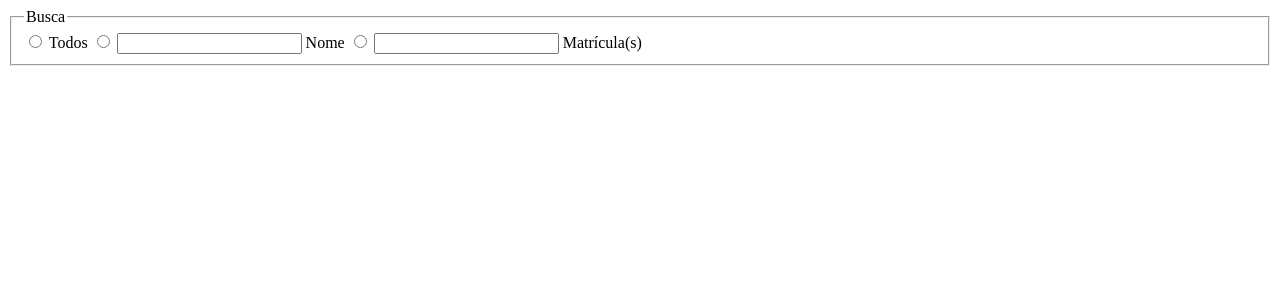
Repository: vandradesa/JavaWeb
Page: javaweb curso/Web2/src/main/webapp/index.html
The author's editor kept a copy of each file at every save. The page is drawn from the files as they stood at one save, then again after the next save.
The browser window is 1280 px wide. The pictures show the whole page.

Above is the page before, as saved 2023-03-01 22:44:41.

After the next save:
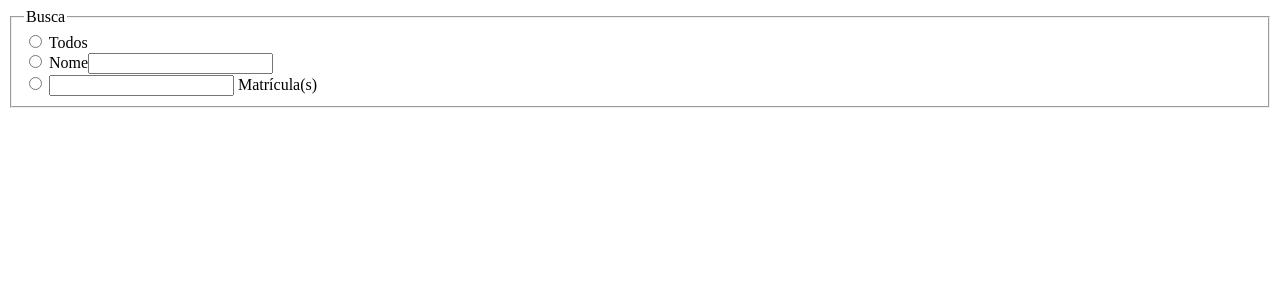
Saved 2 min 13 s later.
--- a/javaweb curso/Web2/src/main/webapp/index.html
+++ b/javaweb curso/Web2/src/main/webapp/index.html
@@ -9,12 +9,19 @@
 
 		<fieldset>
 		<legend>Busca</legend>
+		<div>
 		<input type="radio" id="todos" name="todos" value="todos"/>
 		<label for="todos" >Todos</label>
-		<input type="radio" id="nomeop" name="nomeop"/> <input type="text" id="nome" name="nome">
-		<label for="nomeop" >Nome</label>
+		</div>
+
+		<div>
+		<input type="radio" id="nomeop" name="nomeop"/> <label for="nomeop" >Nome</label><input type="text" id="nome" name="nome">
+		</div>
+
+		<div>
 		<input type="radio" id="matriculaop" name="matriculaop"/> <input type="text" id="matricula" name="matricula">
 		<label for="matriculaop" >Matrícula(s)</label>
+		</div>
 
 		</fieldset>
 
